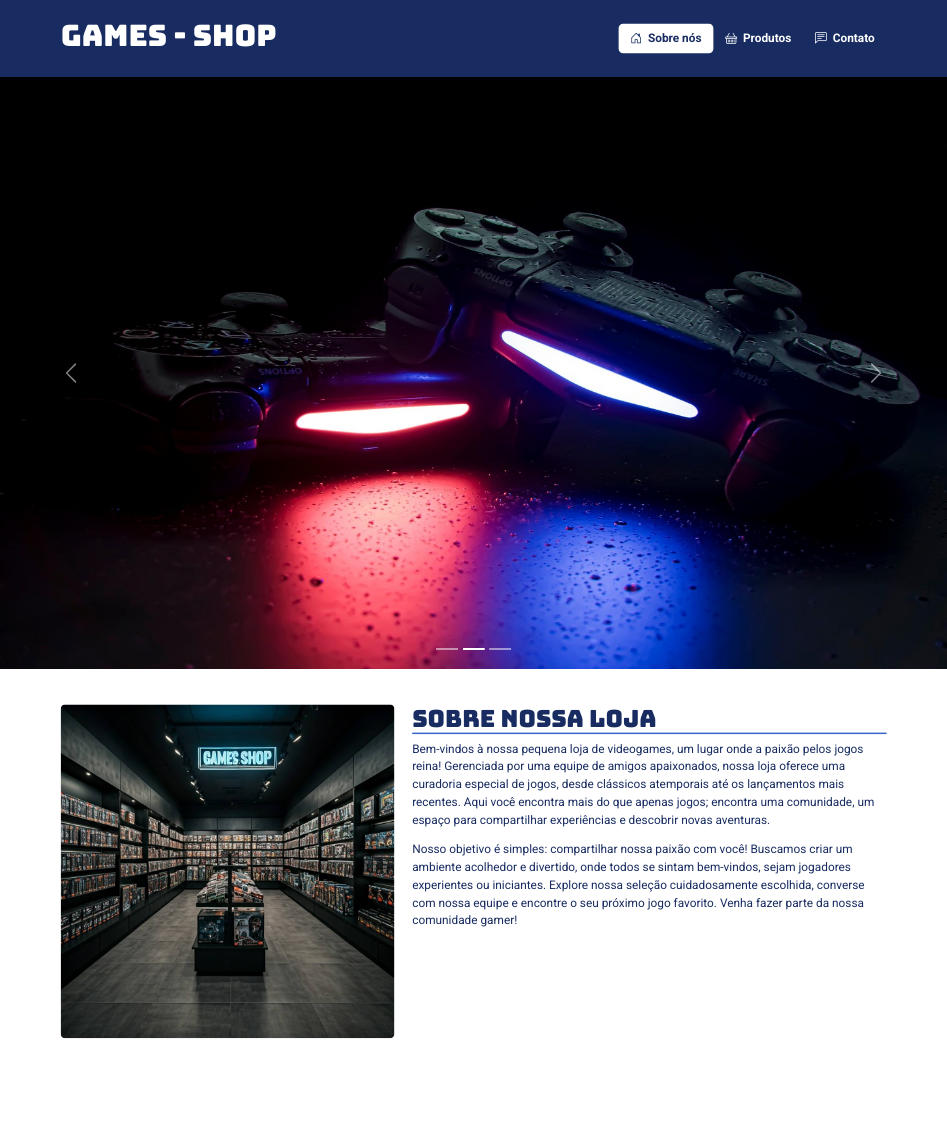
Repository: MatiasBrighent/GamesShop-Bootstrap
Page: index.html
An editor plug-in stored every save of this project. The page is shown before and after the next save, followed by the edit.
The browser window is 1280 px wide. The pictures show the whole page, at 74% of full size.

Above is the page before, as saved 2025-06-20 14:53:46.

### index.html
<!DOCTYPE html>
<html lang="en">
<head>
    <meta charset="UTF-8">
    <meta name="viewport" content="width=device-width, initial-scale=1.0">
    <title>Games - Shop</title>
    <link rel="stylesheet" href="https://cdn.jsdelivr.net/npm/bootstrap@5.3.7/dist/css/bootstrap.min.css">
    <link rel="stylesheet" href="https://cdn.jsdelivr.net/npm/bootstrap-icons@1.13.1/font/bootstrap-icons.min.css">
    <link rel="preconnect" href="https://fonts.googleapis.com">
    <link rel="preconnect" href="https://fonts.gstatic.com" crossorigin>
    <link href="https://fonts.googleapis.com/css2?family=Bungee&family=Roboto:ital,wght@0,100..900;1,100..900&display=swap" rel="stylesheet">
    <link rel="stylesheet" href="style.css">
</head>
<body>
    <header class="navbar navbar-expand-lg  sticky-top p-4" id="header">
        <div class="container">
            <h1>Games - Shop</h1>
            <button type="button" class="navbar-toggler" data-bs-toggle="collapse" data-bs-target="#menu-nav">
                <span class="navbar-toggler-icon text-colored"></span>
            </button>
            <nav id="menu-nav" class="navbar-collapse collapse justify-content-end">
                <ul class="nav nav-pills d-block d-md-flex ">
                    <li class="nav-item fw-bold ">
                        <a class="nav-link " href="#sobre">
                            <i class="bi bi-house-door me-1"></i>
                            Sobre nós
                        </a>
                    </li>
                    <li  class="nav-item fw-bold">
                        <a class="nav-link" href="#">
                            <i class="bi bi-basket me-1"></i>
                            Produtos
                        </a>
                    </li>
                    <li  class="nav-item fw-bold">
                        <a class="nav-link" href="#">
                            <i class="bi bi-chat-left-text me-1"></i>
                            Contato
                        </a>
                    </li>
            </nav>
        </div>
    </header>
    <div data-bs-spy="scroll" data-bs-target="header" data-bs-smooth-scrool="true">
        <section id="sobre">
            <div class="carousel slide" data-bs-ride="carousel" id="carousel">
                <div class="carousel-inner">
                    <div class="carousel-item active" data-bs-interval="3000">
                        <img class="w-100 " src="./images/slide/gameplay.jpg" alt="Gameplay de GTA V">
                    </div>
                    <div class="carousel-item active" data-bs-interval="3000">
                        <img class="w-100 " src="./images/slide/teclado+controle.jpg" alt="Teclado e um controle">
                    </div>
                    <div class="carousel-item active" data-bs-interval="3000">
                        <img class="w-100 " src="./images/slide/controles.jpg" alt="Dois controles de PS4">
                    </div>
                </div>
                <button type="button" class="carousel-control-prev" data-bs-target="#carousel" data-bs-slide="prev">
                    <span class="carousel-control-prev-icon"></span>
                </button>
                <button type="button" class="carousel-control-next" data-bs-target="#carousel" data-bs-slide="next">
                    <span class="carousel-control-next-icon"></span>
                </button>
                <div class="carousel-indicators">
                    <button type="button" data-bs-target="#carousel" data-bs-slide-to="0" class="active"></button>
                    <button type="button" data-bs-target="#carousel" data-bs-slide-to="1"></button>
                    <button type="button" data-bs-target="#carousel" data-bs-slide-to="2"></button>
                </div>
            </div>
            <div class="pt-5 pb-5">
                <div class="container">
                    <div class="row">
                        <div class="col-md-5">
                            <img src="images/Games-Shop.jpg" class="d-block w-100 rounded" alt="foto da nossa loja">
                        </div>
                        <div class="col-md-7 ">
                            <h2 class="section-tittle  mt-md-0 text-colored">Sobre nossa loja</h2>
                            <p class="text-colored">
                                Bem-vindos à nossa pequena loja de videogames, um lugar onde a paixão pelos jogos reina! Gerenciada por uma equipe de amigos apaixonados, nossa loja oferece uma curadoria especial de jogos, desde clássicos atemporais até os lançamentos mais recentes. Aqui você encontra mais do que apenas jogos; encontra uma comunidade, um espaço para compartilhar experiências e descobrir novas aventuras.
                            </p>
                            <p class="text-colored">
                                Nosso objetivo é simples: compartilhar nossa paixão com você! Buscamos criar um ambiente acolhedor e divertido, onde todos se sintam bem-vindos, sejam jogadores experientes ou iniciantes. Explore nossa seleção cuidadosamente escolhida, converse com nossa equipe e encontre o seu próximo jogo favorito. Venha fazer parte da nossa comunidade gamer!
                            </p>
                        </div>
                    </div>
                </div>
            </div>
        </section>
        <section id="produtos" class="pt-5 pb-5">

        </section>

    </div>

    <script src="https://cdn.jsdelivr.net/npm/bootstrap@5.3.7/dist/js/bootstrap.bundle.min.js"></script>
</body>
</html>

### style.css
body{
    font-family: Roboto, sans-serif;
}

header h1{
    font-family: Bungee;
    color: #fff;
}
.section-tittle{
    font-family: Bungee;
    color: #182c61;
    border-bottom: 2px solid #3564ca;
}

.text-colored{
    color: #182c61;
}


#header{
    background-color: #182c61;
}

#header .nav .nav-link.active{
    background-color: #fff;
    color: #182c61;
}

#header .nav .nav-link,
#header h1{
    color: #fff;
}

.navbar-toggler{
    background-color: #fff;
}

.carousel-item img{
    height: 800px;
}

After the next save:
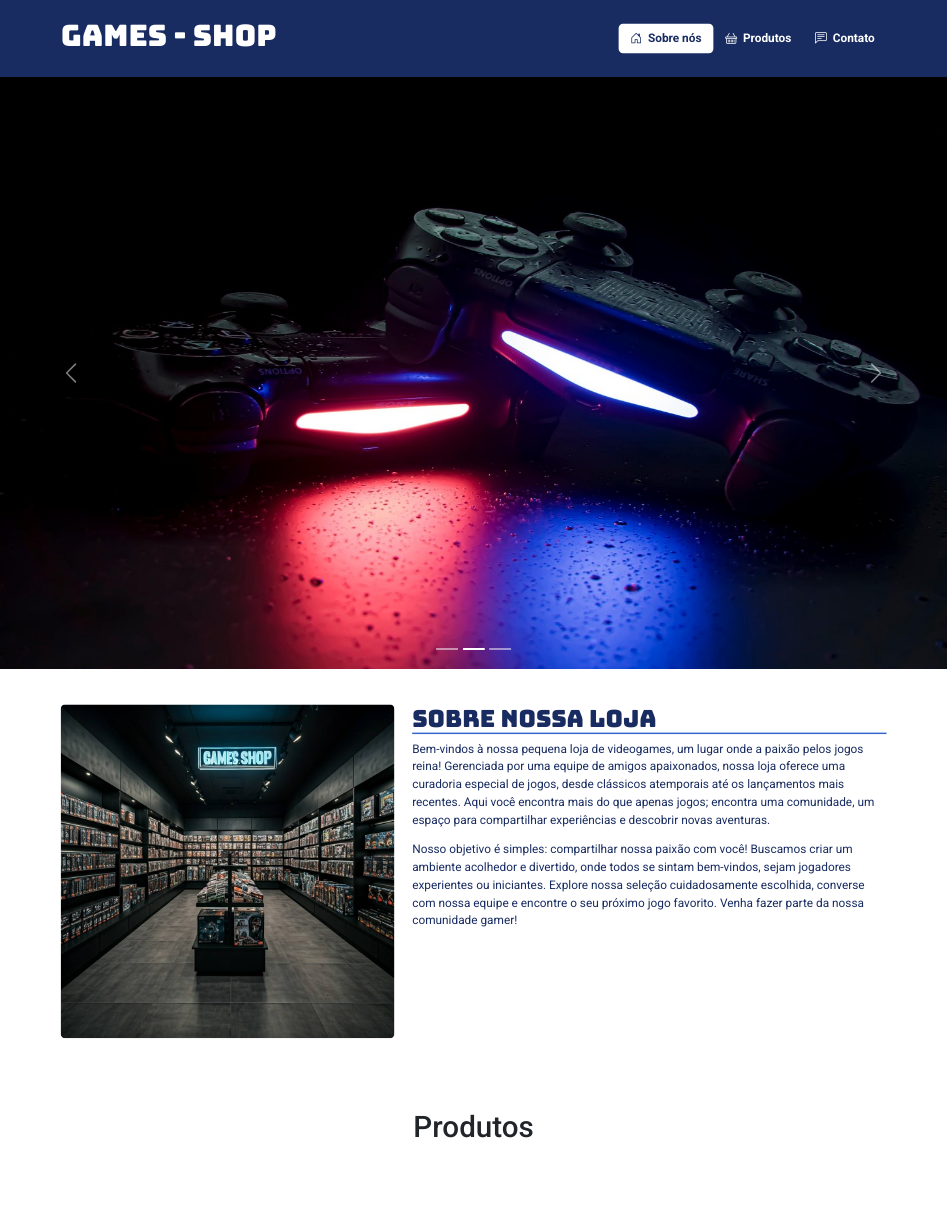
Saved 4 min 27 s later.
--- a/index.html
+++ b/index.html
@@ -87,7 +87,12 @@
             </div>
         </section>
         <section id="produtos" class="pt-5 pb-5">
+            <div class="container">
+                <div class="row">
+                    <h1 class="text-center mb-5">Produtos</h1>
+                </div>
 
+            </div>
         </section>
 
     </div>
